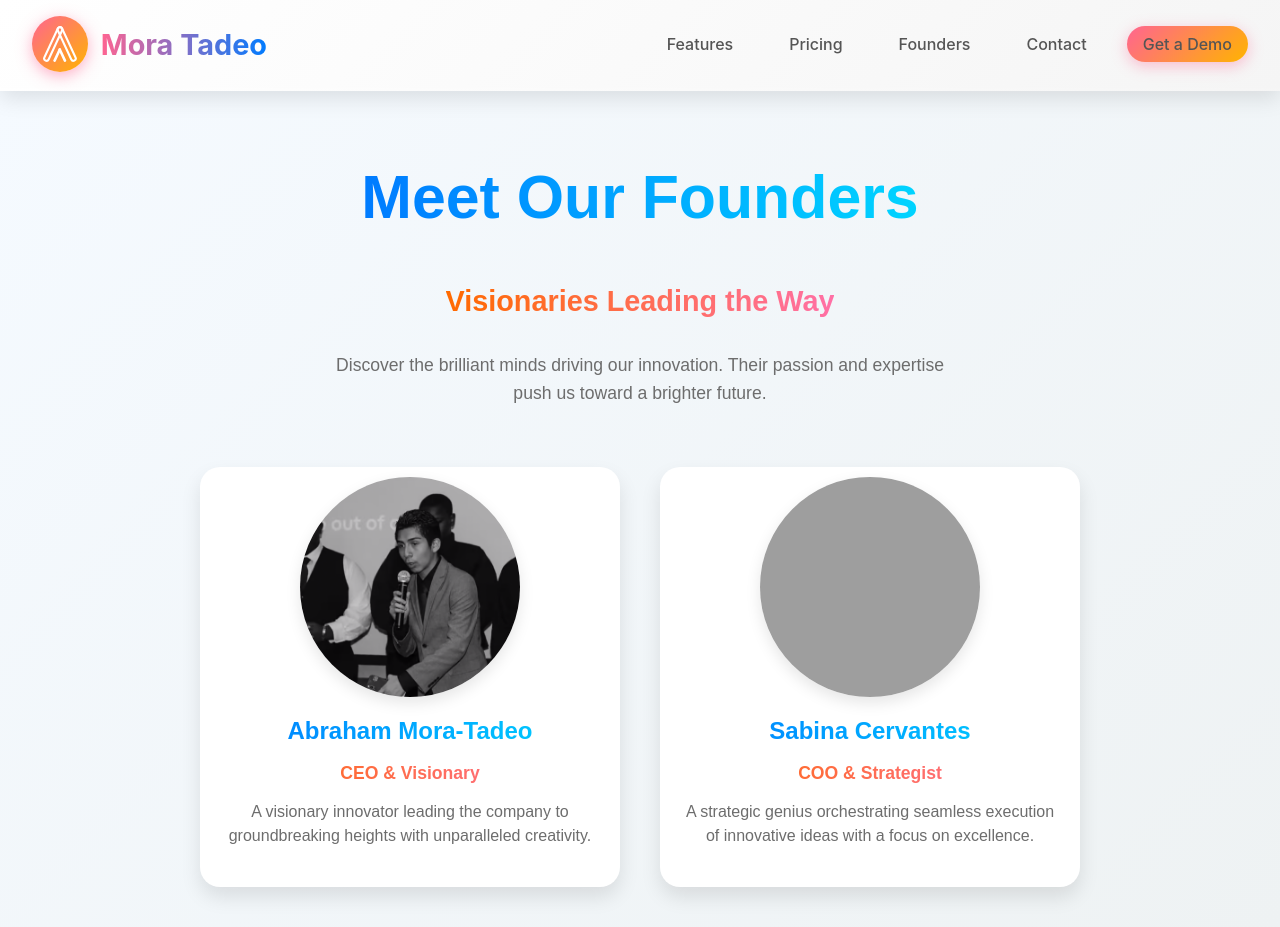
Repository: AbrahamM007/moratadeo
Page: /founders
An editor plug-in stored every save of this project. The page is shown before and after a run of saves, followed by the edit.
The browser window is 1280 px wide. The pictures show the whole page.
Pictures or frames that could not be fetched are drawn as grey boxes. The project was rebuilt for these pictures with package versions that can differ from the ones it lists, and the page was loaded fresh each time. Also part of the build but not shown: src/HeroSection.css, src/HeroSection.js, src/InfoSection.css, src/InfoSection.js, src/RoadmapSection.css, src/RoadmapSection.js, src/DesignPhaseSection.js, src/HeroBanner.js and 6 more.

Above is the page before, as saved 2025-01-12 22:48:37.

### public/index.html
<!DOCTYPE html>
<html lang="en">
  <head>
    <meta charset="utf-8" />
    <link rel="icon" href="mora.png" />
    <meta name="viewport" content="width=device-width, initial-scale=1" />
    <meta name="theme-color" content="#000000" />

    <link rel="apple-touch-icon" href="mora.png" />
    <link rel="manifest" href="%PUBLIC_URL%/manifest.json" />

    <!-- SEO Meta Tags -->
    <meta name="title" content="Mora Tadeo | Development Firm" />
    <meta name="description" content="Mora Tadeo is a leading development firm offering cutting-edge solutions in web development, app design, and technology innovation to elevate your business." />
    <meta name="keywords" content="development firm, web development, app design, Mora Tadeo, software solutions, technology innovation" />
    <meta name="author" content="Mora Tadeo" />
    <meta name="robots" content="index, follow" />
    <meta name="googlebot" content="index, follow" />

    <!-- Open Graph Meta Tags (for social sharing) -->
    <meta property="og:type" content="website" />
    <meta property="og:url" content="https://moratadeo.com" />
    <meta property="og:title" content="Mora Tadeo | Development Firm" />
    <meta property="og:description" content="Discover innovative web and app development solutions with Mora Tadeo. Your trusted partner in driving technology forward." />
    <meta property="og:image" content="https://moratadeo.com/preview-image.png" />
    <meta property="og:site_name" content="Mora Tadeo" />

    <!-- Twitter Card Meta Tags -->
    <meta name="twitter:card" content="summary_large_image" />
    <meta name="twitter:url" content="https://moratadeo.com" />
    <meta name="twitter:title" content="Mora Tadeo | Development Firm" />
    <meta name="twitter:description" content="Mora Tadeo offers state-of-the-art development services to bring your business ideas to life. Partner with us for tailored solutions." />
    <meta name="twitter:image" content="https://moratadeo.com/preview-image.png" />

    <!-- Additional Metadata -->
    <meta name="msapplication-TileColor" content="#ffffff" />
    <meta name="msapplication-config" content="%PUBLIC_URL%/browserconfig.xml" />

    <!-- Title -->
    <title>Mora Tadeo | Development Firm</title>
  </head>
  <body>
    <noscript>You need to enable JavaScript to run this app.</noscript>
    <div id="root"></div>
  </body>
</html>

### src/FoundersPage.js
import React from "react";
import "./FoundersPage.css";

// Import images
import founder1Image from "./abraham.png";
import founder2Image from "./IMG_1554.JPG";

// Data for founders
const founders = [
  {
    name: "Abraham Mora-Tadeo",
    title: "CEO & Visionary",
    bio: "A visionary innovator leading the company to groundbreaking heights with unparalleled creativity.",
    image: founder1Image,
  },
  {
    name: "Sabina Cervantes",
    title: "COO & Strategist",
    bio: "A strategic genius orchestrating seamless execution of innovative ideas with a focus on excellence.",
    image: founder2Image,
  },
];

const FoundersPage = () => {
  return (
    <div className="founders-page">
      {/* Hero Section */}
      <section className="founders-hero">
        <h1 className="founders-hero-title">Meet Our Founders</h1>
        <h2 className="founders-hero-subtitle">Visionaries Leading the Way</h2>
        <p className="hero-paragraph">
          Discover the brilliant minds driving our innovation. Their passion and
          expertise push us toward a brighter future.
        </p>

      </section>

      {/* Founders Section */}
      <div className="founders-container">
        {founders.map((founder, index) => (
          <div className="founder-card" key={index}>
            <div className="founder-image-container">
              <img
                src={founder.image}
                alt={`${founder.name}`}
                className="founder-image"
              />
            </div>
            <h2 className="founder-name">{founder.name}</h2>
            <h3 className="founder-title">{founder.title}</h3>
            <p className="founder-bio">{founder.bio}</p>
          </div>
        ))}
      </div>
    </div>
  );
};

export default FoundersPage;

### src/DesignPhaseSection.css


:root {
  --blue-color: #007bff;
  --orange-color: #ffb400;
  --gradient: linear-gradient(90deg, var(--blue-color), var(--orange-color));
  --bg-white: #ffffff;
  --line-color: rgba(0,0,0,0.1);
  --card-shadow: rgba(0, 0, 0, 0.1);
 }






 .single-phase-container {
  position: relative;
  width: 100%;
  height: 100vh;
  overflow: hidden;
 }


 /* Navigation Dots */
 .phase-navigation {
  position: absolute;
  bottom: 20px;
  left: 50%;
  transform: translateX(-50%);
  display: flex;
  gap: 15px;
  z-index: 3;
 }


 .nav-dot {
  width: 20px;
  height: 20px;
  border-radius: 50%;
  background: #fff;
  border: 3px solid var(--gradient);
  cursor: pointer;
  transition: transform 0.3s ease, background 0.3s ease;
 }


 .nav-dot.active {
  transform: scale(1.4);
  background: var(--gradient);
 }


 .nav-dot:hover {
  transform: scale(1.2);
 }


 /* Phase Section and Overlay */
 .phase-section {
  position: relative;
  width: 100vw;
  height: 100vh;

  display: flex;
  align-items: center;
  justify-content: center;
  overflow: hidden;
  transition: background 1s ease-in-out;
 }


 .phase-overlay {
  position: absolute;
  width: 120%;
  height: 120%;
  top: -10%;
  left: -10%;
  background: radial-gradient(circle, rgba(255,255,255,0.2), transparent);
  opacity: 0.5;
  pointer-events: none;
  animation: floatOverlay 20s ease-in-out infinite;
  z-index: 1;
 }


 @keyframes floatOverlay {
  0%, 100% { transform: translate(0, 0) rotate(0deg); }
  50% { transform: translate(20px, 20px) rotate(45deg); }
 }


 /* Phase Content with Shimmering Border */
 .phase-content {
  position: relative;
  z-index: 2;
  max-width: 600px;
  padding: 2rem;
  background: rgba(255,255,255,0.8);
  color: #333;
  border-radius: 15px;
  box-shadow: 0 10px 20px var(--card-shadow);
  text-align: center;
  opacity: 0;
  transform: translateY(20px);
  animation: contentFadeIn 1.5s forwards;
 }


 .phase-content::before {
  content: '';
  position: absolute;
  inset: 0;
  border-radius: inherit;
  background: var(--gradient);
  z-index: -1;
  filter: blur(15px);
  opacity: 0.6;
  transform: scale(1.1);
  animation: pulseBorder 3s ease-in-out infinite;
 }


 @keyframes pulseBorder {
  0%, 100% { filter: blur(15px); }
  50% { filter: blur(25px); }
 }


 @keyframes contentFadeIn {
  to { opacity: 1; transform: translateY(0); }
 }


 /* Icon and Text Styling */
 .icon {
  font-size: 4rem;
  margin-bottom: 1rem;
  background: var(--gradient);
  -webkit-background-clip: text;
  -webkit-text-fill-color: transparent;
  animation: spinIcon 10s linear infinite;
 }


 @keyframes spinIcon {
  from { transform: rotate(0deg); }
  to { transform: rotate(360deg); }
 }


 .phase-content h3 {
  font-size: 2rem;
  margin-bottom: 1rem;
  color: var(--blue-color);
 }


 .phase-content p {
  font-size: 1.2rem;
  line-height: 1.6;
  color: #333;
 }


 /* Unique abstract backgrounds and animations for each phase */
 .phase-0 {
  background: radial-gradient(circle at center, rgba(0,123,255,0.1), var(--bg-white)),
              radial-gradient(circle at bottom right, rgba(255,180,0,0.1), transparent);
  animation: bgAnim0 15s ease-in-out infinite;
 }
 .phase-1 {
  background: radial-gradient(circle at top left, rgba(0,123,255,0.1), transparent),
              radial-gradient(circle at bottom right, rgba(255,180,0,0.1), var(--bg-white));
  animation: bgAnim1 20s ease-in-out infinite;
 }
 .phase-2 {
  background: radial-gradient(circle at top right, rgba(0,123,255,0.1), transparent),
              radial-gradient(circle at bottom left, rgba(255,180,0,0.1), var(--bg-white));
  animation: bgAnim2 25s ease-in-out infinite;
 }
 .phase-3 {
  background: radial-gradient(circle at center, rgba(0,123,255,0.1), transparent),
              radial-gradient(circle at center, rgba(255,180,0,0.1), var(--bg-white));
  animation: bgAnim3 30s ease-in-out infinite;
 }


 @keyframes bgAnim0 {
  0%, 100% { background-position: 0% 0%, 100% 100%; }
  50% { background-position: 100% 0%, 0% 100%; }
 }
 @keyframes bgAnim1 {
  0%, 100% { background-position: 0% 100%, 100% 0%; }
  50% { background-position: 100% 100%, 0% 0%; }
 }
 @keyframes bgAnim2 {
  0%, 100% { background-position: 50% 50%, 50% 50%; }
  50% { background-position: 75% 25%, 25% 75%; }
 }
 @keyframes bgAnim3 {
  0%, 100% { background-position: 0% 0%, 100% 100%; }
  50% { background-position: 100% 0%, 0% 100%; }
 }


 /* Responsive adjustments */
 @media (max-width: 768px) {
  .phase-content { padding: 1.5rem; }
  .icon { font-size: 3.5rem; }
  .phase-content h3 { font-size: 1.8rem; }
  .phase-content p { font-size: 1rem; }
 }

### src/FoundersPage.css
/* General Page Styling */
.founders-page {
    font-family: "Arial", sans-serif;
    background: linear-gradient(135deg, #f5faff, #eef2f3);
    margin: 0;
    padding: 0;
    overflow-x: hidden;
  }

  /* Hero Section */
  .founders-hero {
    display: flex;
    flex-direction: column;
    align-items: center;
    justify-content: center;
    text-align: center;
    padding: 20px 20px;
    gap: 15px;
    position: relative;
  }

  .founders-hero-title {
    font-size: 3.8rem;
    font-weight: bold;
    line-height: 1.2;
    margin-bottom: 10px;
    background: linear-gradient(90deg, #007bff, #00d4ff);
    -webkit-background-clip: text;
    -webkit-text-fill-color: transparent;
  }

  .founders-hero-subtitle {
    font-size: 1.8rem;
    font-weight: bold;
    line-height: 1.3;
    margin-bottom: 15px;
    background: linear-gradient(90deg, #ff6a00, #ff70a6);
    -webkit-background-clip: text;
    -webkit-text-fill-color: transparent;
  }

  .hero-paragraph {
    font-size: 1.1rem;
    max-width: 650px;
    margin: 0 auto;
    color: #6d6d6d;
    line-height: 1.6;
  }

  .hero-button {
    font-size: 1rem;
    padding: 12px 24px;
    margin-top: 20px;
    background: linear-gradient(90deg, #007bff, #00d4ff);
    border: none;
    border-radius: 50px;
    color: #ffffff;
    cursor: pointer;
    transition: transform 0.2s, box-shadow 0.2s;
  }

  .hero-button:hover {
    transform: scale(1.05);
    box-shadow: 0px 10px 20px rgba(0, 0, 0, 0.15);
  }

  /* Founders Section */
  .founders-container {
    display: flex;
    flex-wrap: wrap;
    justify-content: center;
    gap: 40px;
    padding: 40px 20px;
  }

  .founder-card {
    background: #ffffff;
    border-radius: 20px;
    box-shadow: 0px 10px 20px rgba(0, 0, 0, 0.1);
    overflow: hidden;
    transition: transform 0.3s ease, box-shadow 0.3s ease;
    text-align: center;
    width: 400px;
    height: 400px;
    padding: 10px;
  }

  .founder-card:hover {
    transform: translateY(-8px);
    box-shadow: 0px 20px 40px rgba(0, 0, 0, 0.15);
  }

  /* Founder Image Styling */
  .founder-image-container {
    position: relative;
    width: 220px;
    height: 220px;
    overflow: hidden;
    border-radius: 50%;
    box-shadow: 0 6px 15px rgba(0, 0, 0, 0.1);
    margin: 0 auto 20px;
    /* border: 3px solid #00d4ff; Stylish border */
  }

  .founder-image {
    width: 100%;
    height: 100%;
    object-fit: cover; /* Ensure the image fits well inside the circular container */
  }

  /* Text Styling */
  .founder-name {
    font-size: 1.5rem;
    font-weight: bold;
    margin-top: 10px;
    margin-bottom: 5px;
    background: linear-gradient(90deg, #007bff, #00d4ff);
    -webkit-background-clip: text;
    -webkit-text-fill-color: transparent;
  }

  .founder-title {
    font-size: 1.1rem;
    font-weight: bold;
    margin-bottom: 8px;
    background: linear-gradient(90deg, #ff6a00, #ff70a6);
    -webkit-background-clip: text;
    -webkit-text-fill-color: transparent;
  }

  .founder-bio {
    font-size: 1rem;
    line-height: 1.5;
    color: #6d6d6d;
    margin-bottom: 15px;
    padding: 0 10px;
  }

  /* Responsive Design */
  @media (max-width: 768px) {
    .founders-hero-title {
      font-size: 3rem;
    }

    .founders-hero-subtitle {
      font-size: 1.4rem;
    }

    .founder-card {
      width: 90%;
    }
  }

### src/PricingPage.css
/* Pricing Page */
.pricing-page {
    font-family: 'Poppins', sans-serif;
    background: linear-gradient(135deg, #f5faff, #eef2f3);
    color: #333;
    padding: 5rem 2rem;
    position: relative;
    overflow: hidden;
  }

  /* Header Section */
  .pricing-header {
    text-align: center;
    margin-bottom: 5rem;
  }

  .pricing-header h1 {
    font-size: 3.5rem;
    font-weight: bold;
    margin-bottom: 1rem;
    background: linear-gradient(90deg, #007bff, #ff7eb3, #ffb400);
    -webkit-background-clip: text;
    -webkit-text-fill-color: transparent;
    animation: gradientFlow 3s infinite alternate;
  }

  .pricing-header p {
    font-size: 1.2rem;
    color: #555;
  }

  /* Pricing Grid */
  .pricing-grid {
    display: grid;
    grid-template-columns: repeat(auto-fit, minmax(320px, 1fr));
    gap: 2rem;
  }

  /* Pricing Card */
  .pricing-card {
    background: #fff;
    border-radius: 20px;
    padding: 2.5rem;
    text-align: center;
    box-shadow: 0 8px 20px rgba(0, 0, 0, 0.1);
    transition: transform 0.3s ease, box-shadow 0.3s ease;
    position: relative;
    overflow: hidden;
    z-index: 1;
    border: 2px solid transparent;
  }

  /* Price Adjustment for Pro Card */
.pricing-card.popular .price {
    font-size: 2.5rem;
    font-weight: bold;
    margin: 1rem 0;
    color: #ffffff; /* Set the price color to white */
  }


  .pricing-card:hover {
    transform: scale(1.05);
    box-shadow: 0 20px 50px rgba(0, 123, 255, 0.4);
    border: 2px solid rgba(0, 123, 255, 0.2);
  }

  /* Badge
  .badge {
    position: absolute;
    top: -15px;
    right: -15px;
    background: linear-gradient(135deg, #ff7eb3, #007bff);
    color: #fff;
    font-size: 0.9rem;
    font-weight: bold;
    padding: 0.5rem 1rem;
    border-radius: 30px;
    transform: rotate(15deg);
    box-shadow: 0 4px 10px rgba(255, 126, 179, 0.3);
  }
   */
  /* Pricing Title */
  .pricing-card h2 {
    font-size: 2rem;
    margin-bottom: 1rem;
  }

  /* Pricing Amount */
  .pricing-card .price {
    font-size: 2.5rem;
    font-weight: bold;
    margin: 1rem 0;
    background: linear-gradient(90deg, #007bff, #ffb400);
    -webkit-background-clip: text;
    -webkit-text-fill-color: transparent;
  }

  /* Features */
  .features {
    list-style: none;
    padding: 0;
    margin: 2rem 0;
  }

  .features li {
    font-size: 1rem;
    margin-bottom: 0.5rem;
    color: #555;
  }

  /* Buttons */
  .pricing-button {
    background: linear-gradient(135deg, #007bff, #ff7eb3);
    color: #fff;
    font-size: 1rem;
    font-weight: bold;
    padding: 0.8rem 2rem;
    border: none;
    border-radius: 50px;
    cursor: pointer;
    transition: transform 0.3s ease, box-shadow 0.3s ease;
    box-shadow: 0 8px 20px rgba(0, 123, 255, 0.3);
    text-decoration: none;
  }

  .pricing-button:hover {
    transform: scale(1.1);
    box-shadow: 0 10px 30px rgba(0, 123, 255, 0.4);
  }

  /* Background Circles */
  .floating-elements {
    position: absolute;
    top: 0;
    left: 0;
    width: 100%;
    height: 100%;
    overflow: hidden;
    z-index: 0;
  }

  .circle {
    position: absolute;
    border-radius: 50%;
    animation: float 8s infinite ease-in-out;
  }

  .circle-blue {
    width: 400px;
    height: 400px;
    background: rgba(0, 123, 255, 0.15);
    top: 10%;
    left: 10%;
  }

  .circle-pink {
    width: 500px;
    height: 500px;
    background: rgba(255, 126, 179, 0.15);
    bottom: 15%;
    right: 15%;
  }

  .circle-orange {
    width: 300px;
    height: 300px;
    background: rgba(255, 180, 0, 0.15);
    bottom: 10%;
    left: 50%;
    transform: translateX(-50%);
  }

  /* Animations */
  @keyframes gradientFlow {
    0% {
      background-position: 0% 50%;
    }
    100% {
      background-position: 100% 50%;
    }
  }

  @keyframes float {
    0% {
      transform: translateY(0);
    }
    50% {
      transform: translateY(-20px);
    }
    100% {
      transform: translateY(0);
    }
  }

Loaded but not shown: src/index.js (common file); src/index.css (common file); src/reportWebVitals.js (common file); src/Navbar.js (61 lines, source omitted); src/App.js (54 lines, source omitted); src/ScrollToTop.js (14 lines, source omitted); src/Navbar.css (222 lines, source omitted)

After the next 7 saves:
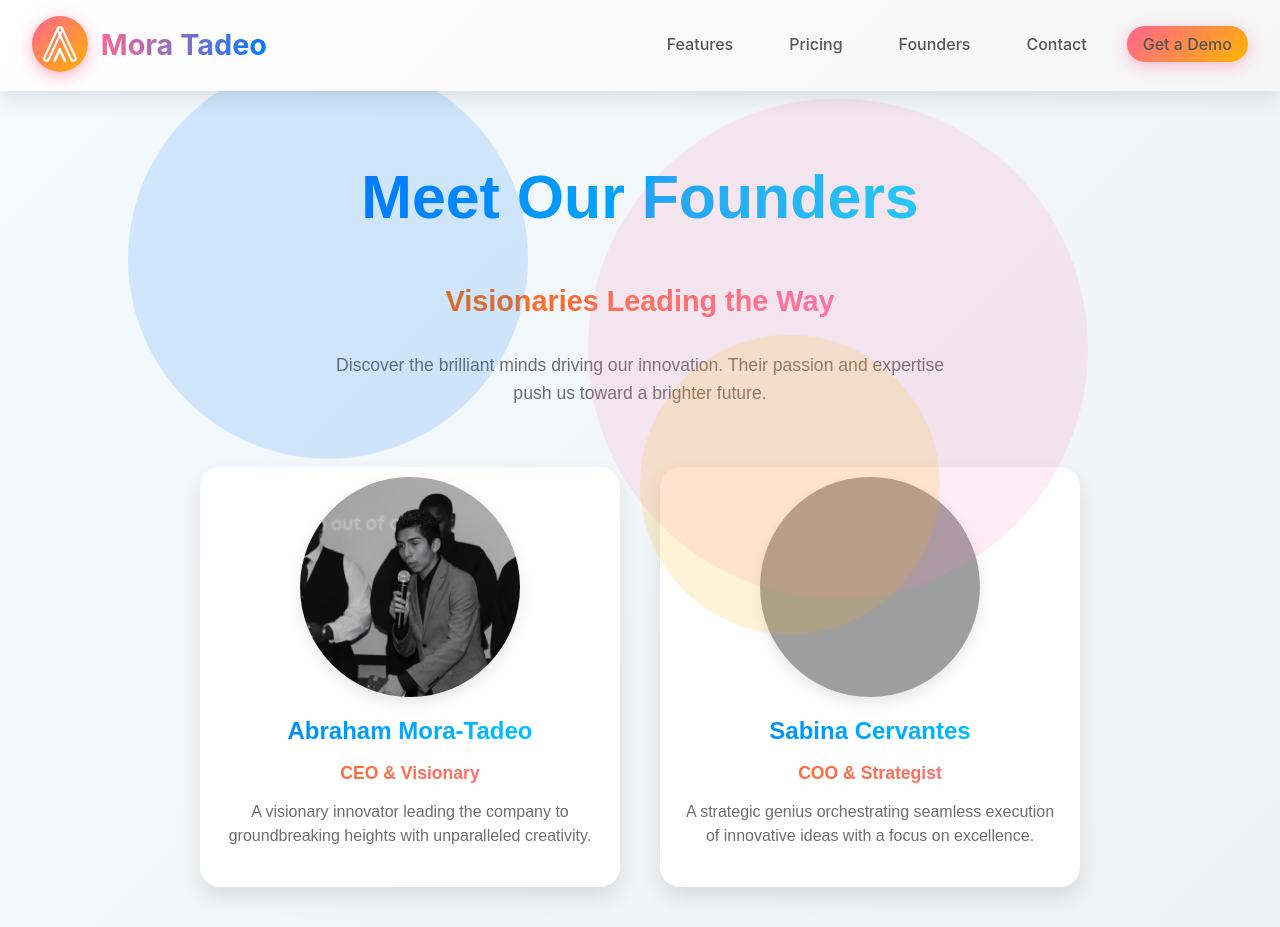
The 7 saves are shown as one change because 1 did not build or start and some came seconds apart.
The last was saved 58 s later.
--- a/src/FoundersPage.js
+++ b/src/FoundersPage.js
@@ -23,36 +23,40 @@ const founders = [
 
 const FoundersPage = () => {
   return (
-    <div className="founders-page">
-      {/* Hero Section */}
-      <section className="founders-hero">
-        <h1 className="founders-hero-title">Meet Our Founders</h1>
-        <h2 className="founders-hero-subtitle">Visionaries Leading the Way</h2>
-        <p className="hero-paragraph">
-          Discover the brilliant minds driving our innovation. Their passion and
-          expertise push us toward a brighter future.
-        </p>
+    <><div className="founders-page">
+          {/* Hero Section */}
+          <section className="founders-hero">
+              <h1 className="founders-hero-title">Meet Our Founders</h1>
+              <h2 className="founders-hero-subtitle">Visionaries Leading the Way</h2>
+              <p className="hero-paragraph">
+                  Discover the brilliant minds driving our innovation. Their passion and
+                  expertise push us toward a brighter future.
+              </p>
 
-      </section>
+          </section>
 
-      {/* Founders Section */}
-      <div className="founders-container">
-        {founders.map((founder, index) => (
-          <div className="founder-card" key={index}>
-            <div className="founder-image-container">
-              <img
-                src={founder.image}
-                alt={`${founder.name}`}
-                className="founder-image"
-              />
-            </div>
-            <h2 className="founder-name">{founder.name}</h2>
-            <h3 className="founder-title">{founder.title}</h3>
-            <p className="founder-bio">{founder.bio}</p>
+          {/* Founders Section */}
+          <div className="founders-container">
+              {founders.map((founder, index) => (
+                  <div className="founder-card" key={index}>
+                      <div className="founder-image-container">
+                          <img
+                              src={founder.image}
+                              alt={`${founder.name}`}
+                              className="founder-image" />
+                      </div>
+                      <h2 className="founder-name">{founder.name}</h2>
+                      <h3 className="founder-title">{founder.title}</h3>
+                      <p className="founder-bio">{founder.bio}</p>
+                  </div>
+
+              ))}
           </div>
-        ))}
-      </div>
-    </div>
+      </div><div className="floating-elements">
+              <div className="circle circle-blue"></div>
+              <div className="circle circle-pink"></div>
+              <div className="circle circle-orange"></div>
+          </div></>
   );
 };
 
